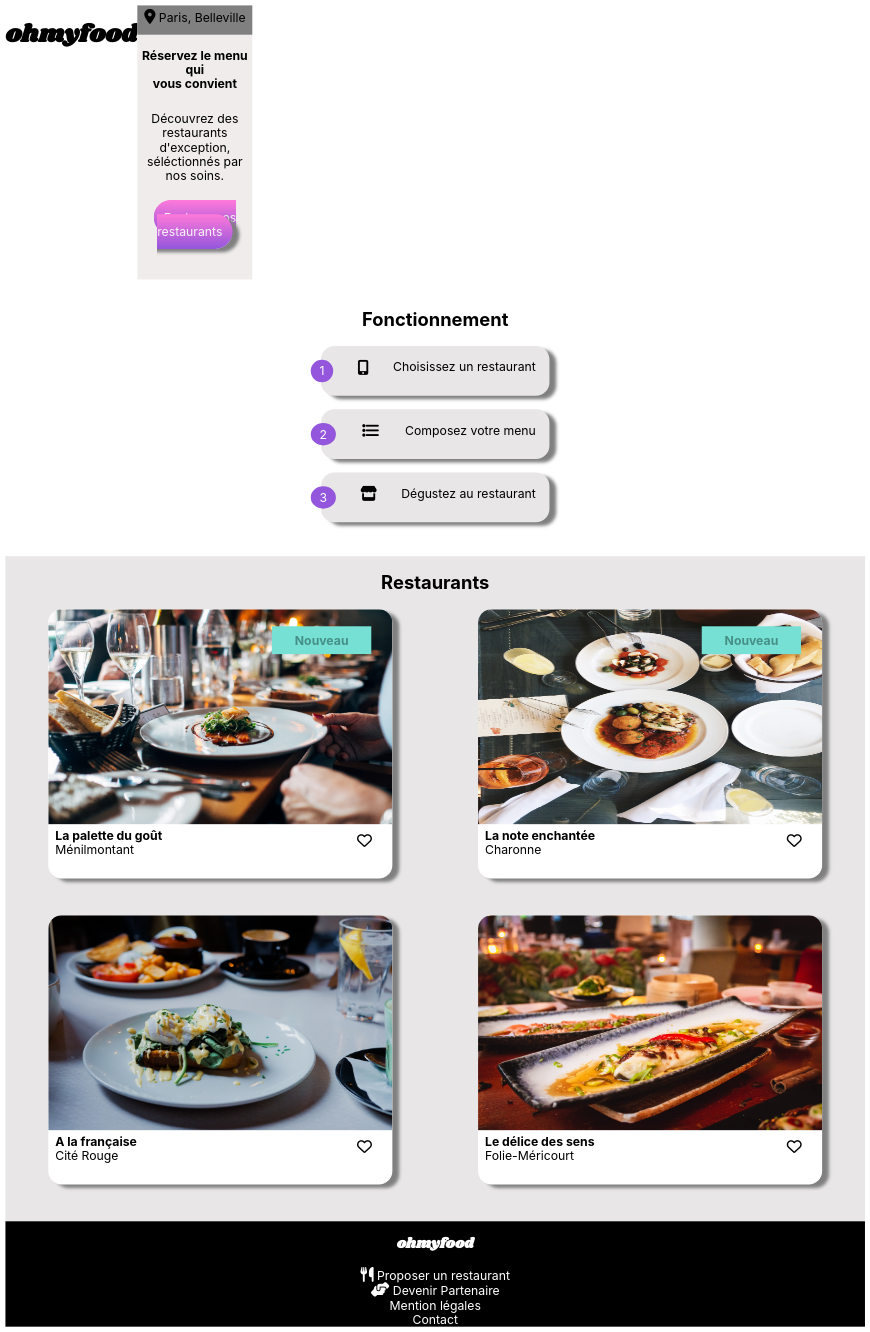
Repository: yacinebouk/ohmyfood
Page: index.html
These files come from the project's save history. The page is drawn as it stood at one moment and after the next save; the edit follows.
The browser window is 1280 px wide. The pictures show the whole page, at 68% of full size.
Some web libraries are served in a nearby version. The style sheet was rebuilt from its Sass, Less or Tailwind sources for each picture, by a compiler version that may differ from the author's.

Above is the page before, as saved 2022-07-15 11:16:49.

### index.html
<!DOCTYPE html>
<html lang="fr">

<head>
    <script src="https://kit.fontawesome.com/225bbe1e2d.js" crossorigin="anonymous"></script>
    <meta charset="utf-8" />
    <title>ohmyfood</title>
    <link rel="stylesheet" href="css/styles.css" />
    <meta name="viewport" content="width=device-width, initial-scale=1">
</head>

<body>
    <div class="hide">
        <div class="loader"></div>
    </div>
    <main>
        <header>
            <h1 class="Tittle">ohmyfood</h1>
            <div class="row">
                <div class="search">
                    <div class="town"> <span><i class="fa-solid fa-location-dot"></i></span> Paris, Belleville</div>
                    <div class="reservation"> <b> Réservez le menu qui <br> vous convient</b> </div>
                    <div class="discover">Découvrez des restaurants d'exception, <br> séléctionnés par nos soins.</div>
                    <div class="explore">
                        <span class="explore-text">Explorer nos restaurants</span>
                    </div>
                </div>
        </header>
        <section class="section-working">
            <div class="working">
                <h2>Fonctionnement</h2>
                <div class="choose">
                    <div class="number">1</div>
                    <div class="logo-work"> <i class="fa-solid fa-mobile-screen-button"></i></div>
                    <div class="text-work"> Choisissez un restaurant</div>
                </div>
                <div class="compose">
                    <div class="number">2</div>
                    <div class="logo-work"><i class="fa-solid fa-ellipsis-vertical"><i class="fa-solid fa-bars"></i></i>
                    </div>
                    <div class="text-work"> Composez votre menu</div>
                </div>
                <div class="taste">
                    <div class="number">3</div>
                    <div class="logo-work"><i class="fa-solid fa-store"></i>
                    </div>
                    <div class="text-work"> Dégustez au restaurant</div>
                </div>
            </div>
        </section>
        <section class="section-restaurant">
            <div class="restaurant">
                <h2>Restaurants</h2>
                <div class="block-restaurant">
                    <div class="border-restaurant">
                        <div class="block-picture">
                            <div class="new"><b>Nouveau</b></div>
                            <div class="picture-restaurant"> <img src="./images/restaurants/jay-wennington-N_Y88TWmGwA-unsplash.jpg" style="height:100%;width: 100%" alt="Ohmyfood"></div>
                        </div>
                        <div class="block-text">
                            <div class="text">
                                <a href="./palette.html">
                                    <div class="title-restaurant"><b> La palette du goût</b>
                                    </div>
                                    <div class="place-restaurant"> Ménilmontant</div>
                                </a>
                            </div>
                            <div class="heart">
                                <button>
                                <span class="heart-regular"><i class="fa-regular fa-heart"></i></span>
                                <span class="heart-solid"><i class="fa-solid fa-heart"></i></span>
                                </button>
                            </div>
                        </div>
                    </div>
                    <div class="border-restaurant">
                        <div class="block-picture">
                            <div class="new"><b>Nouveau</b></div>
                            <div class="picture-restaurant"> <img src="./images/restaurants/stil-u2Lp8tXIcjw-unsplash.jpg" style="height:100%;width: 100%" alt="Ohmyfood"></div>
                        </div>
                        <div class="block-text">
                            <div class="text">
                                <a href="./noteenchanté.html">
                                    <div class="title-restaurant"><b> La note enchantée</b>
                                    </div>
                                    <div class="place-restaurant"> Charonne</div>
                                </a>
                            </div>
                            <div class="heart">
                                <button>
                                <span class="heart-regular"><i class="fa-regular fa-heart"></i></span>
                                <span class="heart-solid"><i class="fa-solid fa-heart"></i></span>
                                </button>
                            </div>
                        </div>
                    </div>
                    <div class="border-restaurant">
                        <div class="block-picture">
                            <div class="picture-restaurant"> <img src="./images/restaurants/toa-heftiba-DQKerTsQwi0-unsplash.jpg" style="height:100%;width: 100%" alt="Ohmyfood"></div>
                        </div>
                        <div class="block-text">
                            <div class="text">
                                <a href="./francaise.html">
                                    <div class="title-restaurant"><b>A la française</b>
                                    </div>
                                    <div class="place-restaurant"> Cité Rouge</div>
                                </a>
                            </div>
                            <div class="heart">
                                <button>
                                <span class="heart-regular"><i class="fa-regular fa-heart"></i></span>
                                <span class="heart-solid"><i class="fa-solid fa-heart"></i></span>
                                </button>
                            </div>
                        </div>
                    </div>
                    <div class="border-restaurant">
                        <div class="block-picture">
                            <div class="picture-restaurant"> <img src="./images/restaurants/louis-hansel-shotsoflouis-qNBGVyOCY8Q-unsplash.jpg" style="height:100%;width: 100%" alt="Ohmyfood"></div>
                        </div>
                        <div class="block-text">
                            <div class="text">
                                <a href="./ledélice.html">
                                    <div class="title-restaurant"><b>Le délice des sens</b></div>
                                    <div class="place-restaurant">Folie-Méricourt</div>
                                </a>
                            </div>
                            <div class="heart">
                                <button>
                                <span class="heart-regular"><i class="fa-regular fa-heart"></i></span>
                                <span class="heart-solid"><i class="fa-solid fa-heart"></i></span>
                                </button>
                            </div>
                        </div>
                    </div>
                </div>
            </div>
        </section>
        <footer>
            <div class="frame-end">
                <h3 class="little-tittle">ohmyfood </h3>
                <div class="end">
                    <div class="propose"> <i class="fa-solid fa-utensils"></i> Proposer un restaurant</div>
                    <div class="partner"> <i class="fa-solid fa-handshake-angle"></i> Devenir Partenaire</div>
                    <div class="mention">Mention légales</div>
                    <div class="contact">
                        <a href="mailto:yacineboukhari@hotmail.com">Contact</a></div>
                </div>
            </div>
        </footer>
    </main>
</body>

### style/styles.scss
main {
    font-size: 18px;
    font-family: -apple-system, BlinkMacSystemFont, 'Segoe UI', Roboto, Oxygen, Ubuntu, Cantarell, 'Open Sans', 'Helvetica Neue', sans-serif;
}

@font-face {
    font-family: 'Shrikhand';
    src: url('../language/Shrikhand-Regular.otf');
}

h1 {
    font-family: 'Shrikhand';
}

h3 {
    font-family: 'Shrikhand';
}

h2 {
    text-align: center;
}

header {
    text-align: center;
}

@mixin shadow {
    box-shadow: grey 10px 5px 5px;
}

@mixin block {
    display: flex;
    flex-direction: row;
    justify-content: space-between;
    padding-bottom: 40px;
    @include shadow;
    background-color: rgb(232, 230, 230);
    border-radius: 20px 20px;
    padding: 20px 20px 20px 0px;
    width: 25%;
    margin: auto;
}

.logo-img {
    padding-bottom: 20px;
}

header {
    display: flex;
    flex-direction: row;
}

.search {
    margin-right: 25%;
    background-color: rgb(240, 236, 236);
    padding-bottom: 20px;
    width: 50%;
}

.town {
    padding-bottom: 15px;
    border-bottom: lightgray 2px;
    padding-top: 5px;
    background-color: grey;
}

.reservation {
    padding-top: 20px;
    padding-bottom: 30px
}

.discover {
    padding-bottom: 40px;
}

.explore {
    padding-bottom: 40px;
}

.explore span {
    @include shadow;
    background: linear-gradient(#FF79DA, #9356DC);
    border-radius: 50px 50px;
    padding: 15px;
    color: #f6f6f6;
}

.working {
    padding-top: 20px;
    display: flex;
    justify-content: center;
    flex-direction: column;
}

.number {
    border: #9356DC solid;
    border-radius: 50%;
    background-color: #9356DC;
    padding: 3px 10px 3px 10px;
    color: white;
    margin-left: -15px;
}

.choose {
    @include block;
    margin-bottom: 20px;
    &:hover {
        .logo-work {
            color: #9356DC;
        }
        background-color: #d8cee4;
    }
}

.compose {
    @include block;
    margin-bottom: 20px;
    &:hover {
        .logo-work {
            color: #9356DC;
        }
        background-color: #d8cee4;
    }
}

.taste {
    @include block;
    margin-bottom: 50px;
    &:hover {
        .logo-work {
            color: #9356DC;
        }
        background-color: #d8cee4;
    }
}

.section-restaurant {
    display: flex;
    flex-direction: column;
    background-color: rgb(232, 230, 230);
}

h1 {
    text-align: center;
    padding-bottom: 20px;
}

.block-restaurant {
    display: flex;
    flex-wrap: wrap;
    height: 900px;
    width: 100%;
    justify-content: space-around;
}

.border-restaurant {
    width: 40%;
    height: 44%;
    overflow: hidden;
    @include shadow;
    background-color: white;
    border-radius: 20px 20px;
}

.picture-restaurant {
    height: 80%;
}

.text {
    padding-left: 10px;
    display: flex;
    flex-direction: column;
    width: 100%;
}

.text a {
    text-decoration: none black;
    color: black;
}

.block-text {
    display: flex;
    place-items: flex-end;
    justify-content: space-between;
}

.heart {
    height: 100%;
    width: 100px;
    margin-bottom: auto;
    min-height: 48px;
    display: flex;
    justify-content: center;
    align-items: center;
    cursor: pointer;
    button {
        height: 100%;
        background-color: transparent;
        background-repeat: no-repeat;
        display: flex;
        justify-content: center;
        align-items: center;
        cursor: pointer;
        border: none;
        cursor: pointer;
        overflow: hidden;
        outline: none;
        &:focus {
            .heart-solid {
                animation: 3s colorin;
                display: flex;
            }
            .heart-regular {
                display: none;
            }
        }
    }
}

.heart-solid {
    display: none;
    font-weight: 900;
    background-clip: text;
    -webkit-background-clip: text;
    -moz-background-clip: text;
    background-image: linear-gradient(#9356DC, #FF79DA);
    -webkit-text-fill-color: transparent;
}

i {
    font-size: 22px;
}

@keyframes colorin {
    0% {
        visibility: hidden;
        opacity: 0;
    }
    100% {
        visibility: visible;
        opacity: 1;
    }
}

@keyframes fadeIn {
    0% {
        visibility: visible;
        opacity: 1;
    }
    100% {
        visibility: hidden;
        opacity: 0;
    }
}

.loader {
    border: 10px solid #f3f3f3;
    border-top: 10px solid red;
    border-bottom: 10px solid blue;
    border-radius: 50%;
    width: 100px;
    height: 100px;
    margin: auto;
    position: absolute;
    top: 0;
    left: 0;
    right: 0;
    bottom: 0;
    -webkit-animation: spin 1.5s linear infinite;
    -o-animation: spin 1.5s linear infinite;
    animation: spin 1.5s linear infinite;
}

.hide {
    animation: 2s fadeIn;
    animation-fill-mode: forwards;
}

main {
    animation: 2s fadeOut;
}

@keyframes fadeOut {
    0% {
        visibility: hidden;
        opacity: 0;
    }
    100% {
        visibility: visible;
        opacity: 1;
    }
}

@keyframes fadeIn {
    0% {
        visibility: visible;
        opacity: 1;
    }
    100% {
        visibility: hidden;
        opacity: 0;
    }
}

@keyframes spin {
    0% {
        transform: rotate(0deg);
    }
    100% {
        transform: rotate(360deg);
    }
}

.frame-end {
    text-align: center;
    background-color: black;
    color: white;
    display: flex;
    flex-direction: column;
}

.little-picture {
    height: 20px;
}

.contact a {
    text-decoration: none white;
    color: white;
}

.block-picture {
    position: relative;
    height: 80%;
}

.picture-restaurant {
    height: 100%;
}

.new {
    color: rgb(69, 143, 134);
    background-color: rgb(119, 224, 212);
    width: 25%;
    position: absolute;
    text-align: center;
    margin-left: 65%;
    margin-top: 5%;
    padding: 10px;
}

@media screen and (min-width: 320px) and (max-width: 768px) {
    main {
        font-size: 20px;
    }
    body {
        margin: 0;
        width: 100%;
    }
    header {
        width: 100%;
    }
    .logo-img {
        padding-bottom: 10px;
    }
    .search {
        border: none;
        margin: 0;
        width: 100%;
    }
    .town {
        padding-top: 5px;
        background-color: rgb(216, 214, 214);
        border-bottom: none;
        border-top: solid 2px grey;
    }
    .reservation {
        font-size: 24px;
        padding-bottom: 20px;
    }
    h1 {
        text-align: center;
    }
    h2 {
        text-align: initial;
    }
    h3 {
        margin-left: 20px;
    }
    .working {
        margin-left: 20px;
    }
    .choose {
        margin-left: 0;
        width: 90%;
    }
    .compose {
        margin-left: 0;
        width: 90%;
    }
    .taste {
        margin-left: 0;
        width: 90%;
    }
    .restaurant {
        margin-left: 20px;
    }
    .block-restaurant {
        height: auto;
        justify-content: unset;
    }
    .border-restaurant {
        width: 95%;
        height: 40%;
        margin-bottom: 20px;
    }
    .picture-restaurant {
        height: 200px;
        width: 100%;
    }
    .block-text {
        padding: 10px;
    }
    .frame-end {
        text-align: initial;
    }
    .end {
        display: flex;
        justify-content: space-around;
        flex-direction: column;
        margin-left: 20px;
    }
    .contact {
        padding-bottom: 20px;
    }
}

@media screen and (min-width: 769px) and (max-width: 991px) {
    .choose {
        width: 32%;
        margin-left: 34%;
    }
    .compose {
        width: 32%;
        margin-left: 34%;
    }
    .taste {
        width: 32%;
        margin-left: 34%;
    }
}

After the next save:
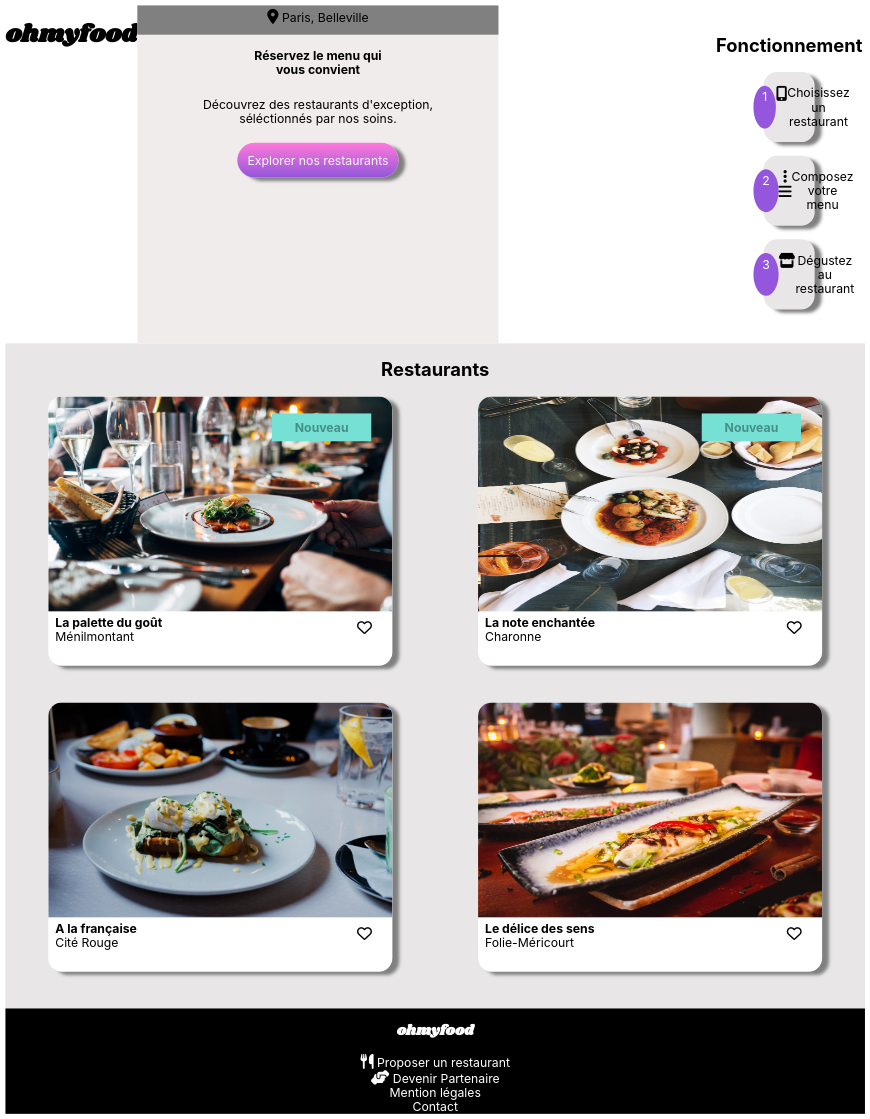
Saved 44 s later.
--- a/index.html
+++ b/index.html
@@ -16,38 +16,36 @@
     <main>
         <header>
             <h1 class="Tittle">ohmyfood</h1>
-            <div class="row">
-                <div class="search">
-                    <div class="town"> <span><i class="fa-solid fa-location-dot"></i></span> Paris, Belleville</div>
-                    <div class="reservation"> <b> Réservez le menu qui <br> vous convient</b> </div>
-                    <div class="discover">Découvrez des restaurants d'exception, <br> séléctionnés par nos soins.</div>
-                    <div class="explore">
-                        <span class="explore-text">Explorer nos restaurants</span>
-                    </div>
-                </div>
-        </header>
-        <section class="section-working">
-            <div class="working">
-                <h2>Fonctionnement</h2>
-                <div class="choose">
-                    <div class="number">1</div>
-                    <div class="logo-work"> <i class="fa-solid fa-mobile-screen-button"></i></div>
-                    <div class="text-work"> Choisissez un restaurant</div>
-                </div>
-                <div class="compose">
-                    <div class="number">2</div>
-                    <div class="logo-work"><i class="fa-solid fa-ellipsis-vertical"><i class="fa-solid fa-bars"></i></i>
-                    </div>
-                    <div class="text-work"> Composez votre menu</div>
-                </div>
-                <div class="taste">
-                    <div class="number">3</div>
-                    <div class="logo-work"><i class="fa-solid fa-store"></i>
-                    </div>
-                    <div class="text-work"> Dégustez au restaurant</div>
+            <div class="search">
+                <div class="town"> <span><i class="fa-solid fa-location-dot"></i></span> Paris, Belleville</div>
+                <div class="reservation"> <b> Réservez le menu qui <br> vous convient</b> </div>
+                <div class="discover">Découvrez des restaurants d'exception, <br> séléctionnés par nos soins.</div>
+                <div class="explore">
+                    <span class="explore-text">Explorer nos restaurants</span>
                 </div>
             </div>
-        </section>
+            <section class="section-working">
+                <div class="working">
+                    <h2>Fonctionnement</h2>
+                    <div class="choose">
+                        <div class="number">1</div>
+                        <div class="logo-work"> <i class="fa-solid fa-mobile-screen-button"></i></div>
+                        <div class="text-work"> Choisissez un restaurant</div>
+                    </div>
+                    <div class="compose">
+                        <div class="number">2</div>
+                        <div class="logo-work"><i class="fa-solid fa-ellipsis-vertical"><i class="fa-solid fa-bars"></i></i>
+                        </div>
+                        <div class="text-work"> Composez votre menu</div>
+                    </div>
+                    <div class="taste">
+                        <div class="number">3</div>
+                        <div class="logo-work"><i class="fa-solid fa-store"></i>
+                        </div>
+                        <div class="text-work"> Dégustez au restaurant</div>
+                    </div>
+            </section>
+        </header>
         <section class="section-restaurant">
             <div class="restaurant">
                 <h2>Restaurants</h2>
